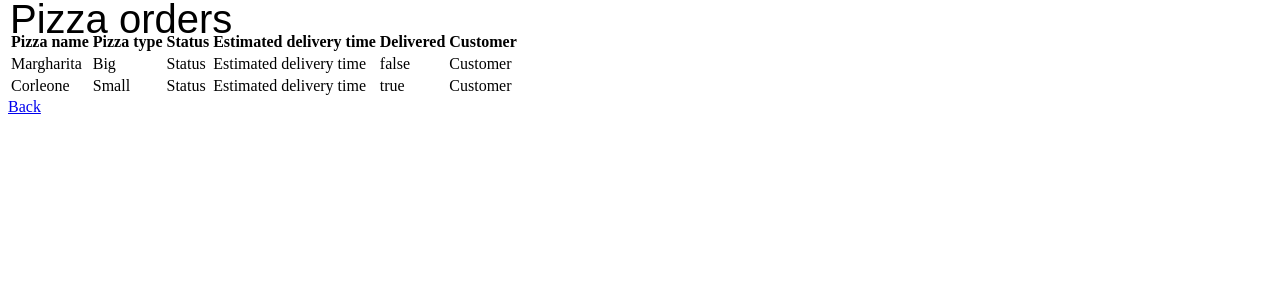
Repository: lukas77pro/html_css_js
Page: html/Test/WebContent/Tabela.html
These files come from the project's save history. The page is drawn as it stood at one moment and after the next save; the edit follows.
The browser window is 1280 px wide. The pictures show the whole page.

Above is the page before, as saved 2015-07-10 13:27:43.

### html/Test/WebContent/Tabela.html
<!DOCTYPE html>
<html>
<head>
<meta charset="UTF-8">
<title>Insert title here</title>
<link rel="stylesheet" type="text/css" href="Styl.css">
</head>
<body>
	<div class="HeaderMain">
		<legend id="LegendMain">Pizza orders</legend>
	</div>
	<table>
		<tr>
			<th>Pizza name</th>
			<th>Pizza type</th>
			<th>Status</th>
			<th>Estimated delivery time</th>
			<th>Delivered</th>
			<th>Customer</th>
		</tr>
		<tr>
			<td>Margharita</td>
			<td>Big</td>
			<td>Status</td>
			<td>Estimated delivery time</td>
			<td>false</td>
			<td>Customer</td>
		</tr>
		<tr>
			<td>Corleone</td>
			<td>Small</td>
			<td>Status</td>
			<td>Estimated delivery time</td>
			<td>true</td>
			<td>Customer</td>
		</tr>
	</table>

	<a href="Formularz.html">Back</a>

</body>
</html>

### html/Test/WebContent/Styl.css
@CHARSET "UTF-8";

#Customer {

}

.HeaderMain{
	font-family: Arial, Helvetica Neue, Helvetica, sans-serif;
	font-size: 20px;
	font-style: normal;
	font-variant: normal;
	font-weight: 500;
	line-height: 22px;

}

#LegendMain {
	font-size: 40px;
}

/* table , th, td {
    border: 2px solid black;
    tr:nth-child(odd)		{ background-color:#eee; }
	tr:nth-child(even)		{ background-color:#fff; }
} */


tr:nth-child(even):hover {
  background: pink;
}
tr:nth-child(odd):hover {
  background: lime;
}

After the next save:
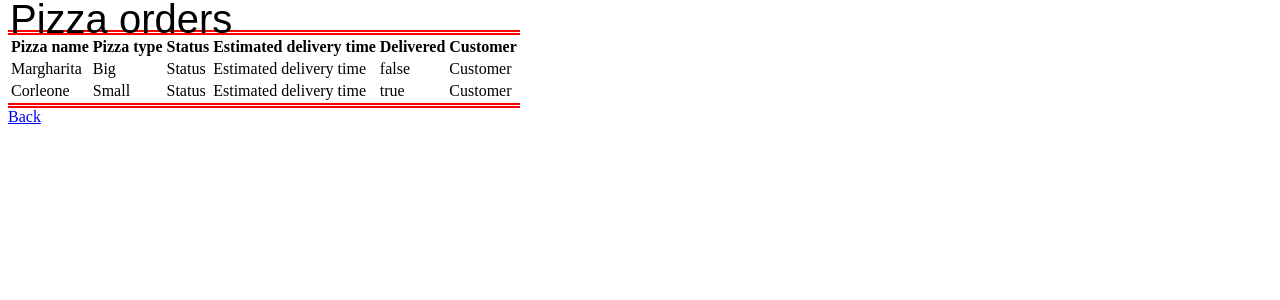
Saved 5 min 9 s later.
--- a/html/Test/WebContent/Styl.css
+++ b/html/Test/WebContent/Styl.css
@@ -25,6 +25,11 @@
 } */
 
 
+table {
+	border-bottom: thick double #ff0000;
+	border-top: thick double #ff0000;
+}
+
 tr:nth-child(even):hover {
   background: pink;
 }

After the save that followed:
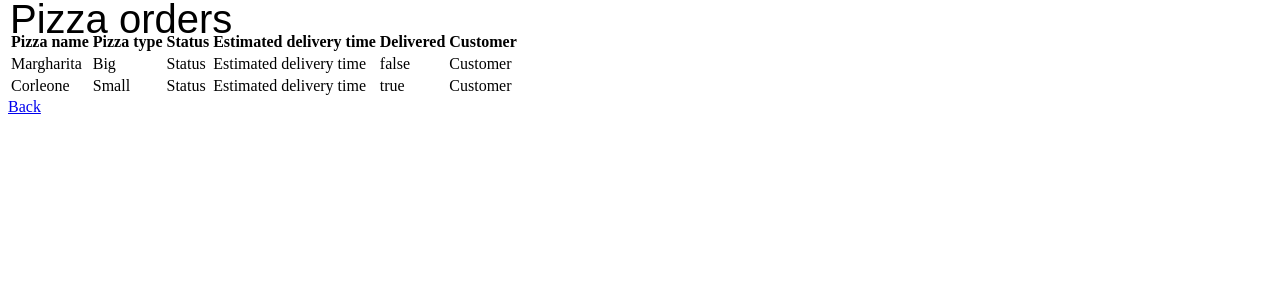
Saved 12 s later.
--- a/html/Test/WebContent/Styl.css
+++ b/html/Test/WebContent/Styl.css
@@ -26,8 +26,8 @@
 
 
 table {
-	border-bottom: thick double #ff0000;
-	border-top: thick double #ff0000;
+	border-bottom: thick  #ff0000;
+	border-top: thick  #ff0000;
 }
 
 tr:nth-child(even):hover {
